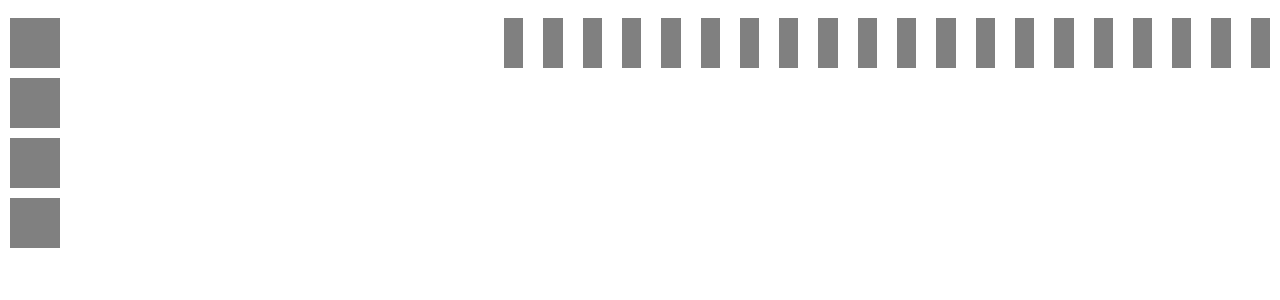
Repository: batonAnton/Hw-Lec-8
Page: index.html
An editor plug-in stored every save of this project. The page is shown before and after the next save, followed by the edit.
The browser window is 1280 px wide. The pictures show the whole page.

Above is the page before, as saved 2022-06-24 11:36:35.

After the next save:
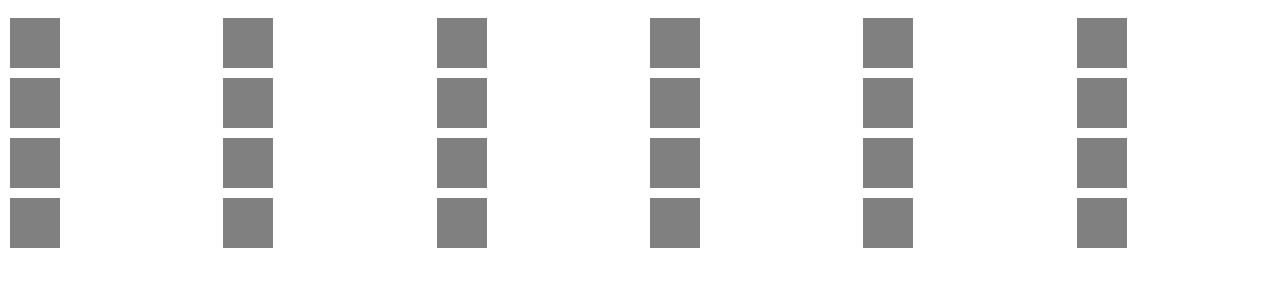
Saved 4 min 7 s later.
--- a/index.html
+++ b/index.html
@@ -16,28 +16,41 @@
             <div class="block"></div>
         </div>
 
+        <div class="row">
+            <div class="block"></div>
+            <div class="block"></div>
+            <div class="block"></div>
+            <div class="block"></div>
+        </div>
 
+        <div class="row">
+            <div class="block"></div>
+            <div class="block"></div>
+            <div class="block"></div>
+            <div class="block"></div>
+        </div>
 
-        <div class="block"></div>
-        <div class="block"></div>
-        <div class="block"></div>
-        <div class="block"></div>
-        <div class="block"></div>
-        <div class="block"></div>
-        <div class="block"></div>
-        <div class="block"></div>
-        <div class="block"></div>
-        <div class="block"></div>
-        <div class="block"></div>
-        <div class="block"></div>
-        <div class="block"></div>
-        <div class="block"></div>
-        <div class="block"></div>
-        <div class="block"></div>
-        <div class="block"></div>
-        <div class="block"></div>
-        <div class="block"></div>
-        <div class="block"></div>
+        <div class="row">
+            <div class="block"></div>
+            <div class="block"></div>
+            <div class="block"></div>
+            <div class="block"></div>
+        </div>
+
+        <div class="row">
+            <div class="block"></div>
+            <div class="block"></div>
+            <div class="block"></div>
+            <div class="block"></div>
+        </div>
+
+        <div class="row">
+            <div class="block"></div>
+            <div class="block"></div>
+            <div class="block"></div>
+            <div class="block"></div>
+        </div>
+
     </div>
 </body>
 </html>
